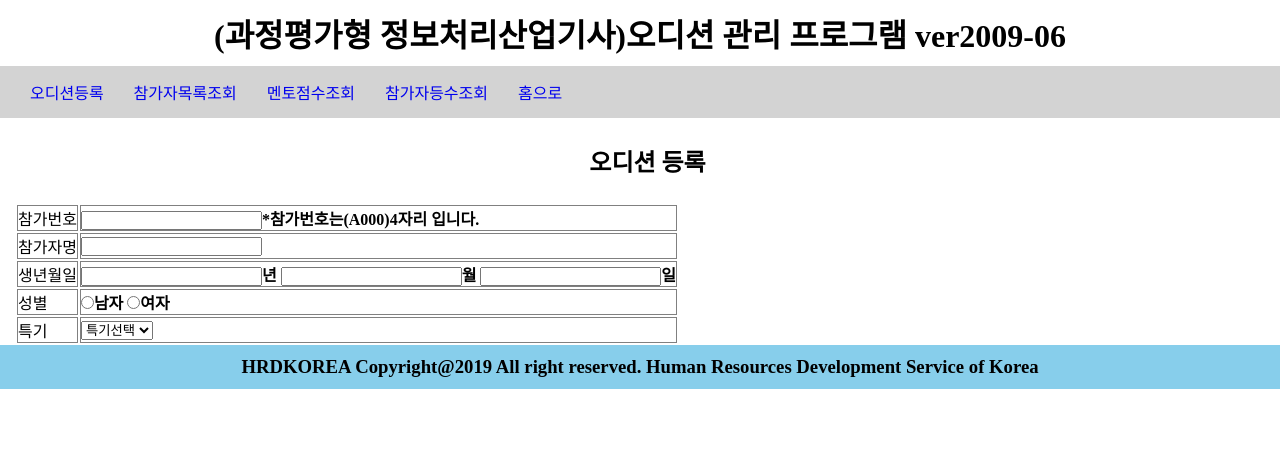
Repository: chyun94/JSP-
Page: http://localhost/Kingdom/insert.jsp
The author's editor kept a copy of each file at every save. The page is drawn from the files as they stood at one save, then again after the next save.
The browser window is 1280 px wide. The pictures show the whole page.
The page is served by Tomcat 9. Other server files are loaded and not shown.

Above is the page before, as saved 2021-05-09 12:46:31.

### Kingdom/WebContent/insert.jsp
<%@ page language="java" contentType="text/html; charset=UTF-8"
    pageEncoding="UTF-8"%>
<!DOCTYPE html>
<html>
<head>
<meta charset="UTF-8">
<title>Insert title here</title>
<style>
*{margin: 0%;padding: 0%}

.header ul,li,a{
list-style: none;
text-decoration: none;
float: left;
padding-left: 15px;
padding-bottom: 0 20px;
text-align: center;
}
.nav{
padding: 14px 0px; overflow: hidden;
background-color: lightgray;
}
.subject table{
width: 600px;
margin: 0 auto;
}
.subject table,th,td{
border: 1px solid gray;
text-align: left;
}

.footer{
text-align: center; background: skyblue; padding: 11px;
}
</style>
</head>
<body>
<div>
	<header>
		<h1 style="text-align: center; padding: 10px">(과정평가형 정보처리산업기사)오디션 관리 프로그램 ver2009-06</h1>
		<nav class="nav">
		<ul>
			<li><a href="insert.jsp">오디션등록</a></li>
			<li><a href="list.jsp">참가자목록조회</a></li>
			<li><a href="mentolist.jsp">멘토점수조회</a></li>
			<li><a href="ranking.jsp">참가자등수조회</a></li>
			<li><a href="index.jsp">홈으로</a></li>
		</ul>
		</nav>
	</header>
</div>

<div style="padding-left: 15px; text-align: center;">
	<section>
		<h2 style="text-align: center; padding: 25px;">오디션 등록</h2>
		<form action="insert_pro.jsp" method="post" name="frm">

		<table class="subject" style="text-align: center;">
			<tr>
				<td>참가번호</td>
				<th>
					<input type="text"maxlength="4">*참가번호는(A000)4자리 입니다.
				</th>
			</tr>
			<tr>
				<td>참가자명</td>
				<th>
					<input type="text">
				</th>
			</tr>
			<tr>
				<td>생년월일</td>
				<th>
					<input type="text">년
					<input type="text">월
					<input type="text">일
				</th>
			</tr>
			<tr>
				<td>성별</td>
				<th>
					<input type="radio" name="gender" value="M">남자
					<input type="radio" name="gender" value="F">여자
				</th>
			</tr>
			<tr>
				<td>특기</td>
				<th>
					<select>
						<option>특기선택</option>
						<option value="1">댄스</option>
						<option value="2">노래</option>
						<option value="3">랩</option>
					</select>

				</th>
			</tr>
		</table>
		</form>
	</section>
</div>

<div>
	<footer>
		<div class="footer">
			<h3 style="text-align: center;">
			HRDKOREA Copyright@2019 All right reserved. Human Resources Development Service of Korea
			</h3>
		</div>
	</footer>
</div>
</body>
</html>

After the next save:
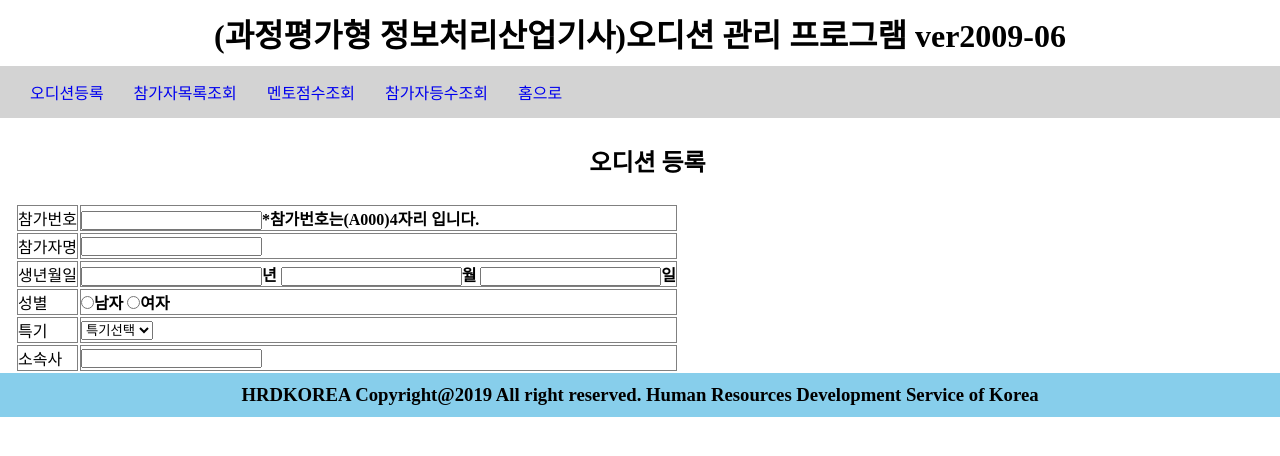
Saved 67 s later.
--- a/Kingdom/WebContent/insert.jsp
+++ b/Kingdom/WebContent/insert.jsp
@@ -92,6 +92,12 @@ text-align: center; background: skyblue; padding: 11px;
 						<option value="2">노래</option>
 						<option value="3">랩</option>
 					</select>
+				</th>
+			</tr>
+			<tr>
+				<td>소속사</td>
+				<th>
+					<input type="text" name="">
 
 				</th>
 			</tr>
